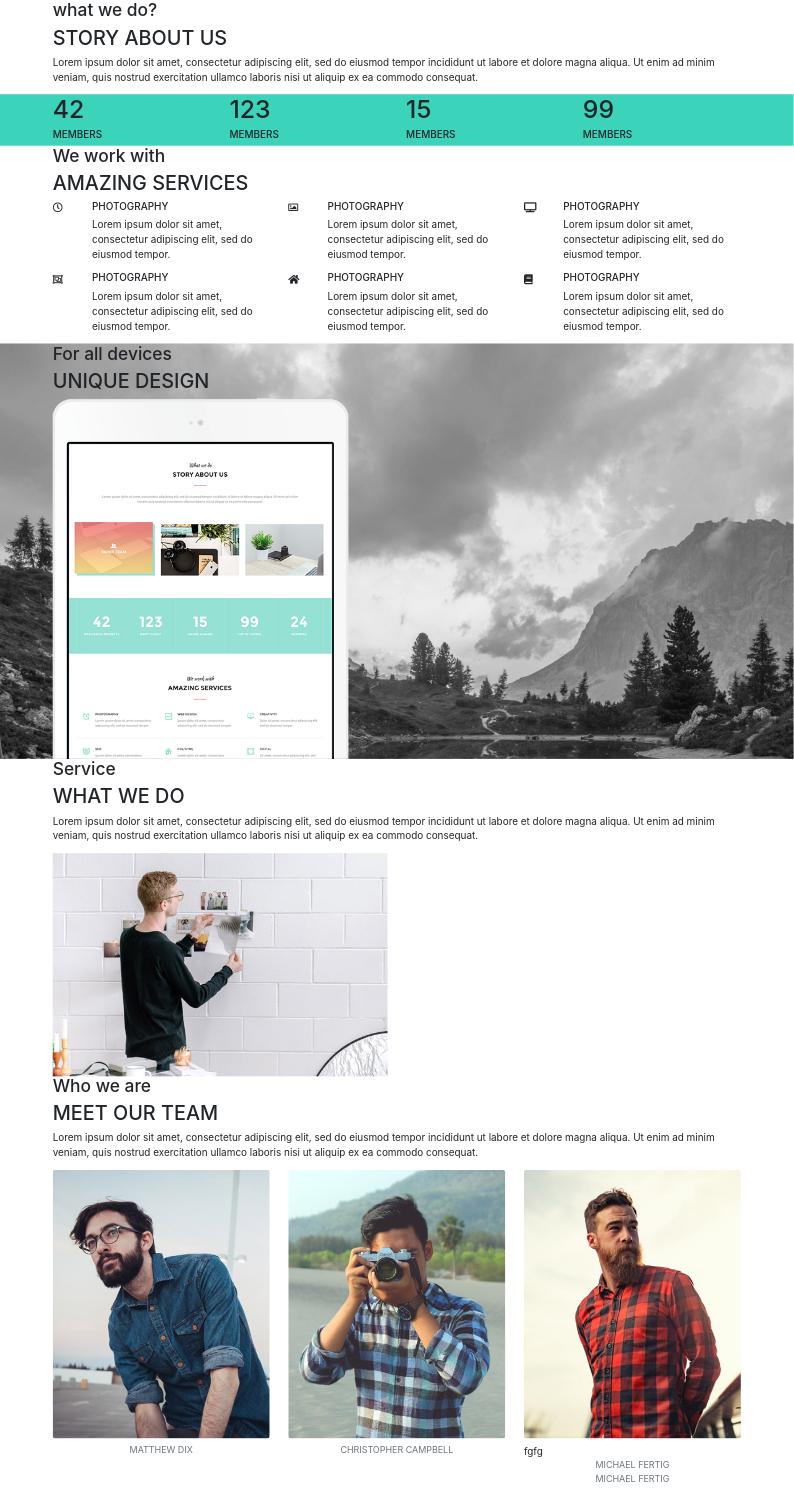
Repository: nourabdelhakam/MoGo-template
Page: index.html
These files come from the project's save history. The page is drawn as it stood at one moment and after the next save; the edit follows.
The browser window is 1280 px wide. The pictures show the whole page, at 62% of full size.
Some web libraries are served in a nearby version. The style sheet was rebuilt from its Sass, Less or Tailwind sources for each picture, by a compiler version that may differ from the author's.

Above is the page before, as saved 2021-02-21 20:10:54.

After the next save:
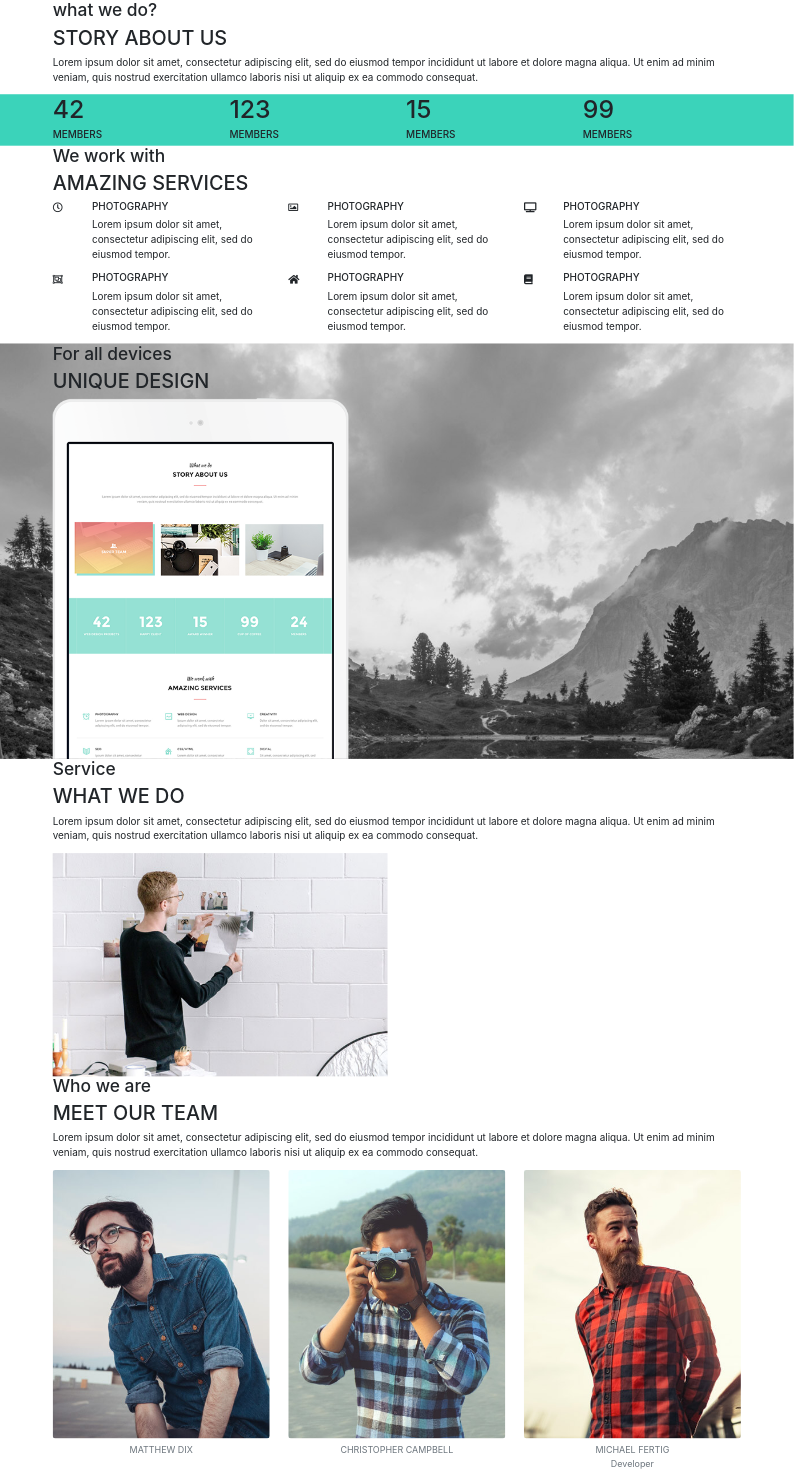
Saved 2 min 8 s later.
--- a/index.html
+++ b/index.html
@@ -168,9 +168,8 @@
                 <div class="col-xl-4 col-md-4 col-sm-12 col-xs-12">
                     <figure class="figure">
                         <img src="./assets/img/team3.jpg" class="figure-img img-fluid rounded" alt="...">
-                        <span class="text-center">fgfg</span>
                         <figcaption class="figure-caption text-center">MICHAEL FERTIG</figcaption>
-                        <figcaption class="figure-caption text-center">MICHAEL FERTIG</figcaption>
+                        <figcaption class="figure-caption text-center text-muted">Developer</figcaption>
                     </figure>
                 </div>
 
